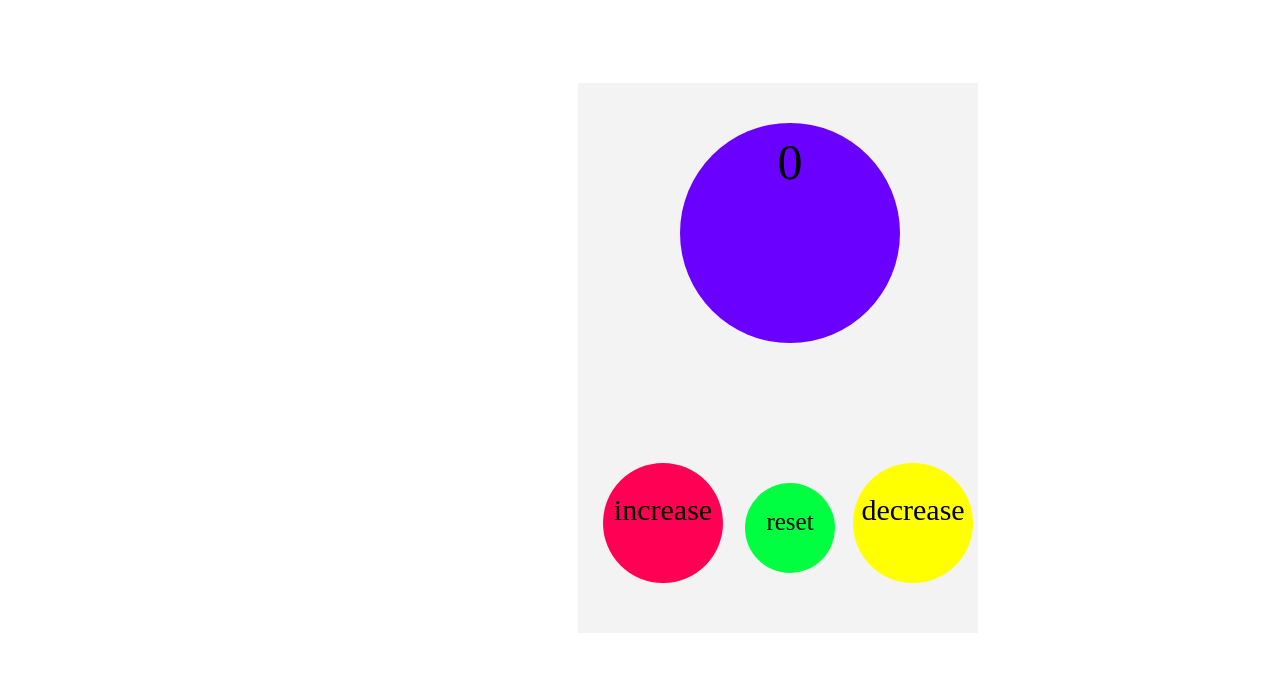
Repository: sara55m/Counter_App
Page: index.html
The author's editor kept a copy of each file at every save. The page is drawn from the files as they stood at one save, then again after the next save.
The browser window is 1280 px wide. The pictures show the whole page.

Above is the page before, as saved 2024-07-30 03:51:06.

After the next save:
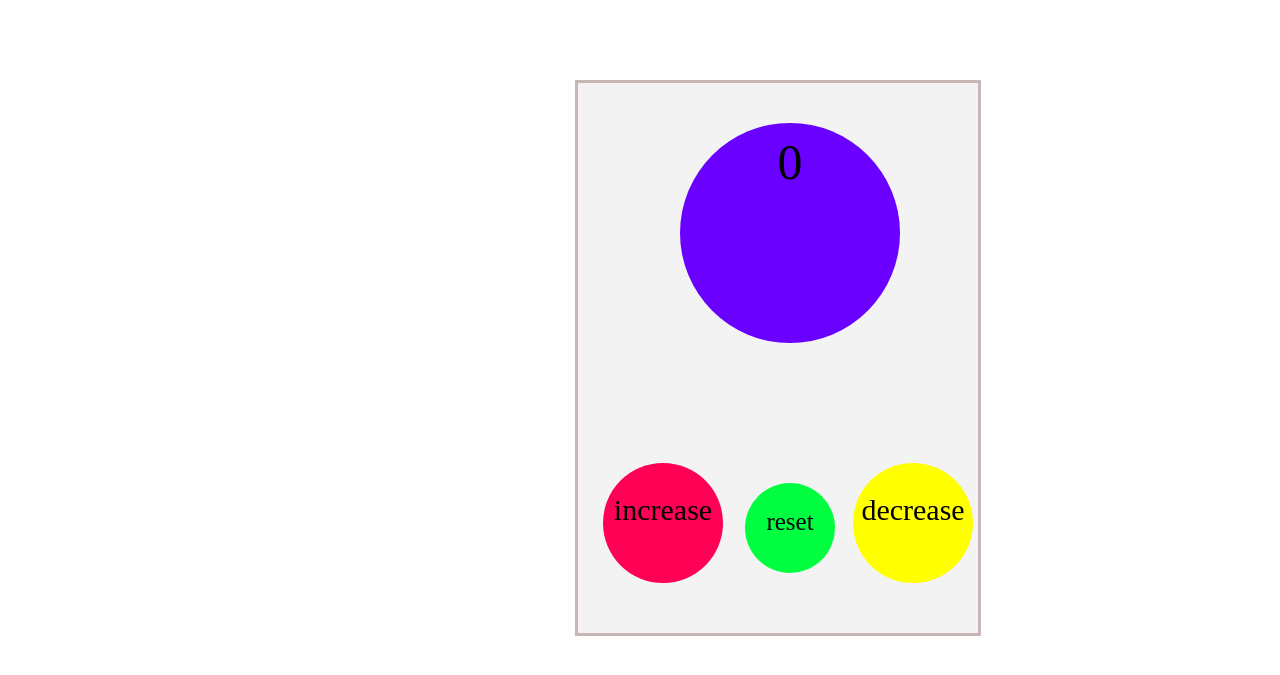
Saved 32 s later.
--- a/css/style.css
+++ b/css/style.css
@@ -5,7 +5,7 @@
     height:550px;
     width:400px;
     background-color: rgb(243 243 243);
-    border:3px solid white;
+    border:3px solid #c7b6b6;
 }
 
 .main{
